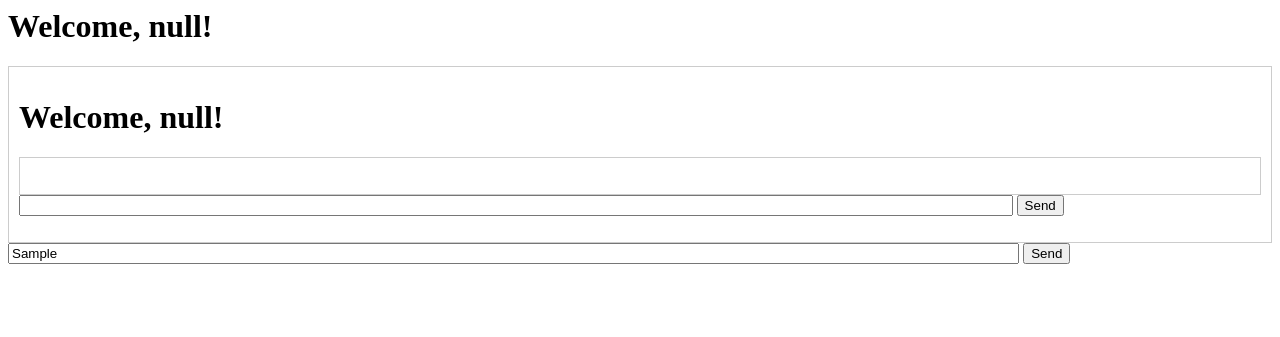
Repository: jaseem1999/sdCommunity
Page: http://localhost/sdCommunity/userChat.jsp
An editor plug-in stored every save of this project. The page is shown before and after the next save, followed by the edit.
The browser window is 1280 px wide. The pictures show the whole page.
Empty fields were first filled with sample values (such as "Sample", 5 or name@example.com).
After loading, the first visible `form` was submitted once.
The page is served by Tomcat 9.

Above is the page before, as saved 2023-10-01 15:13:12.
Not found: sdCommunity/sdCommunity/ChatServlet

After the next save:
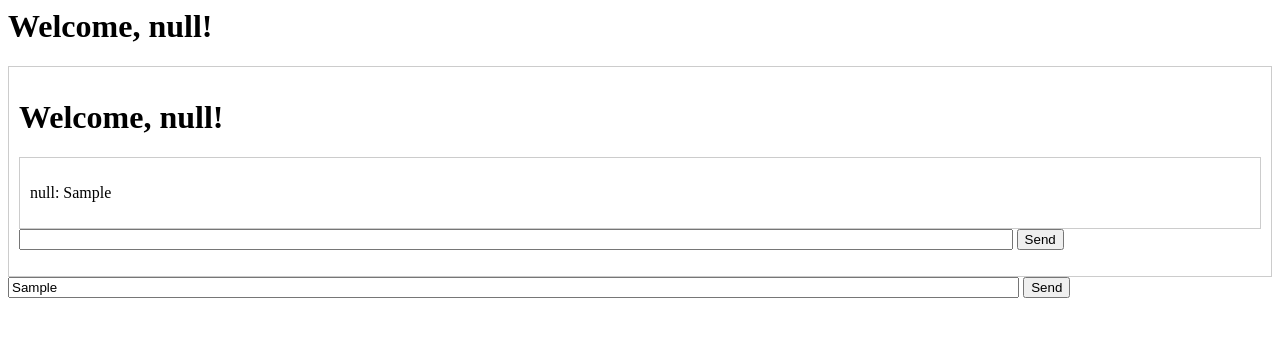
Saved 33 s later.
--- a/sdCommunity/src/main/webapp/userChat.jsp
+++ b/sdCommunity/src/main/webapp/userChat.jsp
@@ -10,6 +10,11 @@
     if (chatList == null) {
         chatList = new ArrayList<>();
         session.setAttribute("chatList", chatList);
+    }
+
+    String message = request.getParameter("message");
+    if (message != null && !message.isEmpty()) {
+        chatList.add(fname + ": " + message);
     }
 %>
 
@@ -46,7 +51,7 @@
                 }
             }
 
-            xmlhttp.open('POST', 'ChatServlet', true);
+            xmlhttp.open('POST', 'userChat.jsp', true);
             xmlhttp.setRequestHeader('Content-type', 'application/x-www-form-urlencoded');
             xmlhttp.send('message=' + message);
         }
